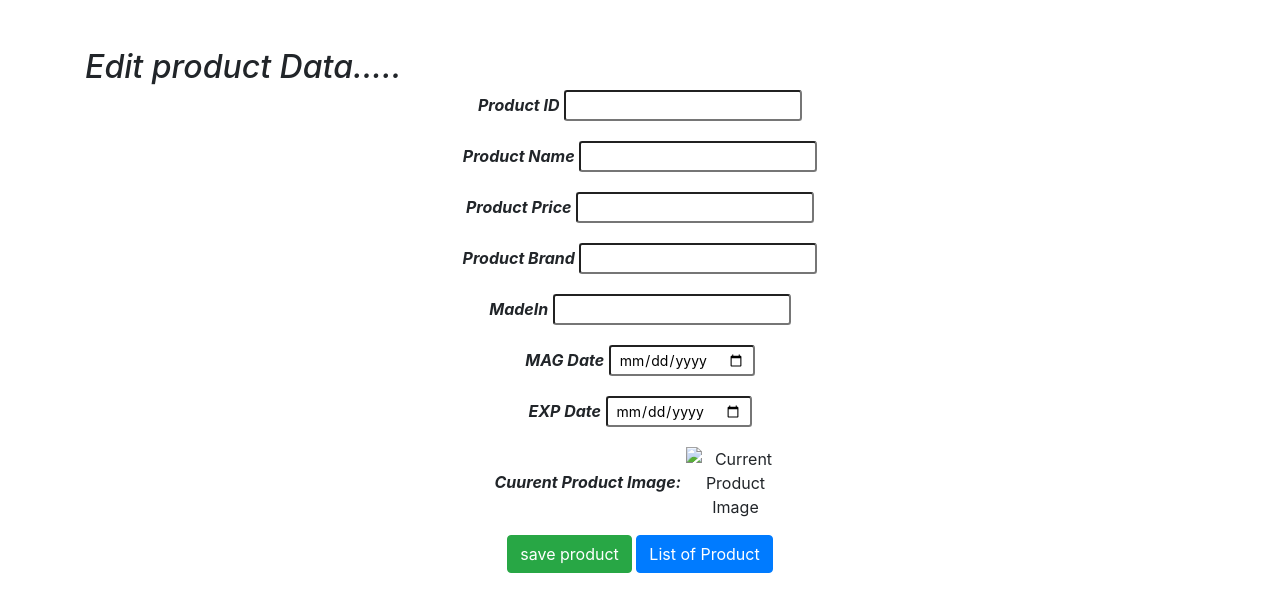
Repository: jrajesh111/Adv-java
Page: http://localhost/ProductAppproject/edit-form.jsp
The author's editor kept a copy of each file at every save. The page is drawn from the files as they stood at one save, then again after the next save.
The browser window is 1280 px wide. The pictures show the whole page.
The page is served by Tomcat 9. Other server files are loaded and not shown. The template is opened directly, without the code that normally fills it, so the values that code supplies are empty.

Above is the page before, as saved 2024-03-07 12:49:47.

### ProductAppproject/src/main/webapp/edit-form.jsp
<%@ page language="java" contentType="text/html; charset=UTF-8"
    pageEncoding="UTF-8"%>
<!DOCTYPE html>
<html>
<head>
<meta charset="UTF-8">
<title>Edit Product</title>
	<link rel="stylesheet"
		href="https://cdn.jsdelivr.net/npm/bootstrap@4.6.0/dist/css/bootstrap.min.css" rel="stylesheet">

</head>
<body>

	<div class="container mt-5 text-center">

		<h2 class="text-left font-italic mb-1">Edit product Data.....</h2>

		<form action="./AddProductServlet" enctype="multipart/form-data" onsubmit="return validateForm()">

		<div class="form-group">
		<label class="font-italic font-weight-bold" for="proId">Product ID </label>
		<input type="text" class="form-control-sm" id="proId" name="proId" value="${existingproduct.proId}" required>
		</div>

		<div class="form-group">
		<label class="font-italic font-weight-bold" for="proName">Product Name </label>
		<input type="text" class="form-control-sm" id="proName" name="proName" value="${existingproduct.proName}" required>
		</div>



		<div class="form-group">
		<label class="font-italic font-weight-bold" for="proPrice">Product Price </label>
		<input type="text" class="form-control-sm" id="proPrice" name="proPrice" value="${existingproduct.proPrice}" required>
		</div>


		<div class="form-group">
		<label class="font-italic font-weight-bold" for="proBrand">Product Brand </label>
		<input type="text" class="form-control-sm" id="proBrand" name="proBrand" value="${existingproduct.proBrand}" required>
		</div>


		<div class="form-group">
		<label class="font-italic font-weight-bold" for="proMadeIn">MadeIn </label>
		<input type="text" class="form-control-sm" id="proMadeIn" name="proMadeIn" value="${existingproduct.proMadeIn}" required>
		</div>


		<div class="form-group">
		<label class="font-italic font-weight-bold" for="Manufacturing Date">MAG Date </label>
		<input type="date" class="form-control-sm" id="Manufacturing Date" name="MfgDate" value="${existingproduct.proMfgDate}" required>
		</div>


		<div class="form-group">
		<label class="font-italic font-weight-bold" for="Expiry Date">EXP Date </label>
		<input type="date" class="form-control-sm" id="Expiry Date" name="ExpiryDate" value="${existingproduct.proExpDate}" required>
		</div>

		<!--Display the current product image  -->
		<div class="form-group">
			<label class="font-italic font-weight-bold" for="proImage"> Cuurent Product Image:</label>

		<img id="currentImage" src="data:[embedded picture, 78 characters]" alt="Current Product Image" style="max-width: 100px; max-height: 100px;">
		<input type="hidden" id="existingImage" name="existingImage" value="${existingproduct.proImage}" />
		</div>


	<!--	<div class="form-group">
		<label class="font-italic font-weight-bold" for="proIamge" > Product Image:</label>
		<input type="file" class="form-control-file-sm" id="proImage" name="proImage" accept="image/*" value="${existingproduct.proImage}" required >
		</div>	-->

		<div >
		<input type="submit" class="btn btn-success" value="save product">
		<a href="productList.jsp" class="btn btn-primary"> List of Product</a>
		</div>

		</form>
	</div>
</body>
</html>

After the next save:
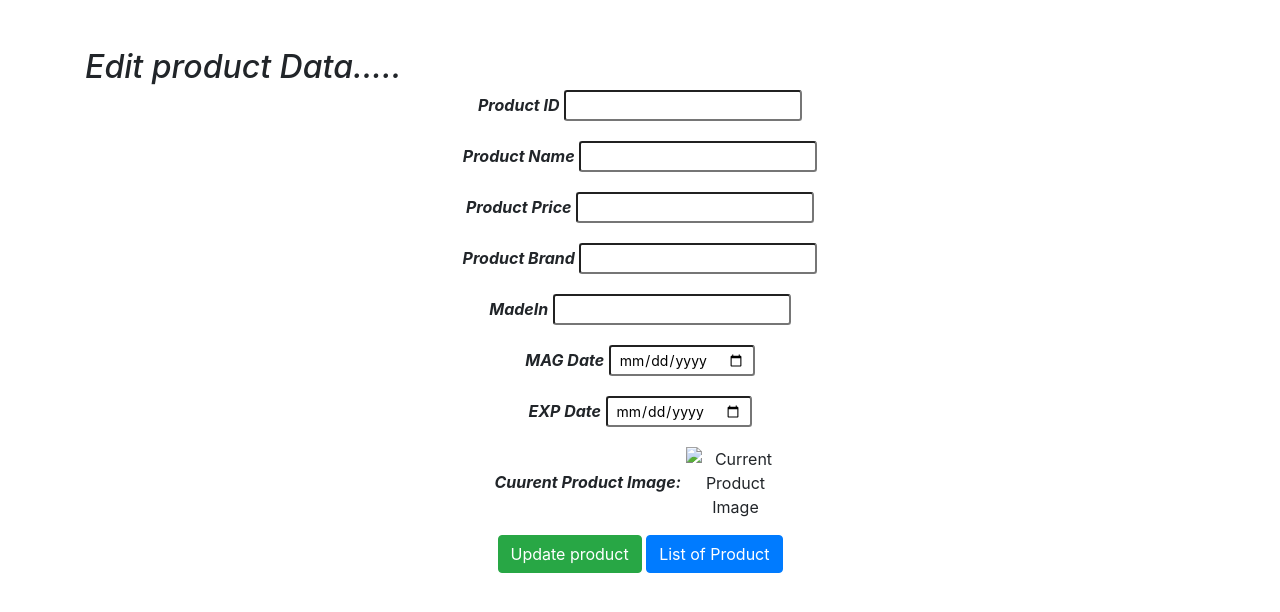
Saved 2 min 13 s later.
--- a/ProductAppproject/src/main/webapp/edit-form.jsp
+++ b/ProductAppproject/src/main/webapp/edit-form.jsp
@@ -59,9 +59,9 @@
 		</div>
 
 		<!--Display the current product image  -->
+
 		<div class="form-group">
 			<label class="font-italic font-weight-bold" for="proImage"> Cuurent Product Image:</label>
-
 		<img id="currentImage" src="data:[embedded picture, 78 characters]" alt="Current Product Image" style="max-width: 100px; max-height: 100px;">
 		<input type="hidden" id="existingImage" name="existingImage" value="${existingproduct.proImage}" />
 		</div>
@@ -73,7 +73,7 @@
 		</div>	-->
 
 		<div >
-		<input type="submit" class="btn btn-success" value="save product">
+		<input type="submit" class="btn btn-success" value="Update product">
 		<a href="productList.jsp" class="btn btn-primary"> List of Product</a>
 		</div>
 
